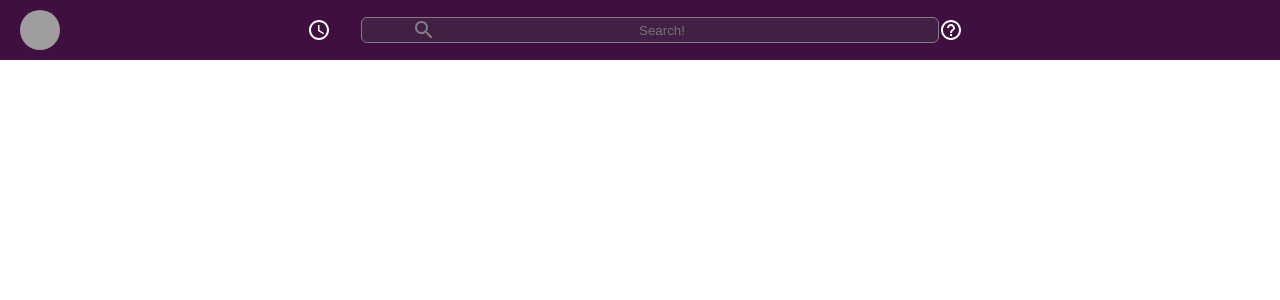
Repository: mminhaz93/React-Slack-Clone
Page: /
These files come from the project's save history. The page is drawn as it stood at one moment and after the next save; the edit follows.
The browser window is 1280 px wide. The pictures show the whole page.
Pictures or frames that could not be fetched are drawn as grey boxes. The project was rebuilt for these pictures with package versions that can differ from the ones it lists, and the page was loaded fresh each time.

Above is the page before, as saved 2020-08-13 20:48:26.

### src/index.css
* {
  margin: 0;
}

body {
  margin: 0;
  font-family: -apple-system, BlinkMacSystemFont, 'Segoe UI', 'Roboto', 'Oxygen',
    'Ubuntu', 'Cantarell', 'Fira Sans', 'Droid Sans', 'Helvetica Neue',
    sans-serif;
  -webkit-font-smoothing: antialiased;
  -moz-osx-font-smoothing: grayscale;
}

code {
  font-family: source-code-pro, Menlo, Monaco, Consolas, 'Courier New',
    monospace;
}

### src/App.js
import React from 'react';
import './App.css';
import Header from "./Header"

function App() {
  return (
    <div className="App">
      <Header />
    </div>
  );
}

export default App;

### src/Header.js
import React from "react";
import "./Header.css";
import { Avatar } from "@material-ui/core";
import { AccessTime, Search, HelpOutline } from "@material-ui/icons";

const Header = () => {
  return (
    <div className="header">
      <div className="headerLeft">
        <Avatar className="headerAvatar" alt="Safak" src="safak" />
        <AccessTime />
      </div>
      <div className="headerSearch">
        <Search />
        <input placeholder="Search!" />
      </div>
      <div className="headerRight">
        <HelpOutline />
      </div>
    </div>
  );
};

export default Header;

### src/Header.css
.header {
  display: flex;
  align-items: center;
  justify-content: space-between;
  padding: 10px 0;
  background-color: var(--slack-color);
  color: white;
}

.headerLeft {
  flex: 0.3;
  display: flex;
  align-items: center;
  margin-left: 20px;
}

.headerLeft > .MuiSvgIcon-root {
  margin-left: auto;
  margin-right: 30px;
}

.headerSearch {
  flex: 0.4;
  background-color: #421f44;
  text-align: center;
  display: flex;
  padding: 0 50px;
  color: gray;
  border: 1px solid gray;
  border-radius: 6px;
}

.headerSearch > input {
  background-color: transparent;
  border: none;
  text-align: center;
  min-width: 35vw;
}

.headerRight {
  flex: 0.3;
  display: flex;
  align-items: flex-end;
}

Loaded but not shown: public/index.html (common file); src/index.js (common file); src/serviceWorker.js (common file); src/App.css (common file)

After the next save:
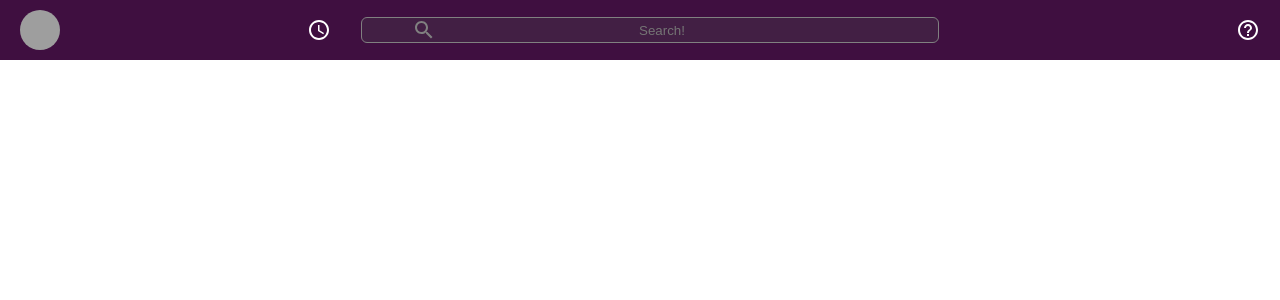
Saved 49 s later.
--- a/src/Header.css
+++ b/src/Header.css
@@ -42,3 +42,8 @@
   display: flex;
   align-items: flex-end;
 }
+
+.headerRight > .MuiSvgIcon-root {
+    margin-left: auto;
+    margin-right: 20px;
+  }
